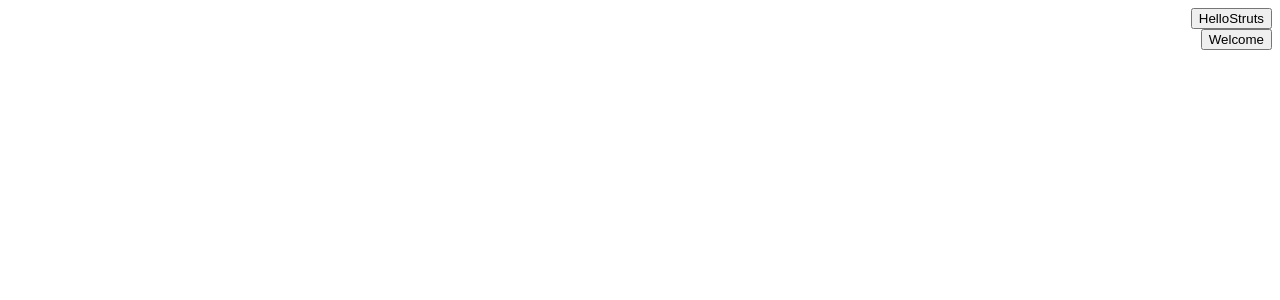
Repository: kf3225/backup
Page: http://localhost/WebProj/
An editor plug-in stored every save of this project. The page is shown before and after the next save, followed by the edit.
The browser window is 1280 px wide. The pictures show the whole page.
The page is served by Tomcat 9. Other server files are loaded and not shown.

Above is the page before, as saved 2018-01-12 07:47:17.

### WebProj/WebContent/index.jsp
<%@ page language="java" contentType="text/html; charset=UTF-8" pageEncoding="UTF-8"%>
<%@ taglib prefix="s" uri="/struts-tags" %>
<!DOCTYPE html>
<html>
	<head>
		<meta charset="utf-8">
		<title>INDEX</title>
	</head>
	<body>
		<form action="HelloStrutsAction">
			<s:submit value="HelloStruts"/>
		</form>

		<form action="WelcomeAction">
			<s:submit value="Welcome"/>
		</form>
	</body>
</html>

After the next save:
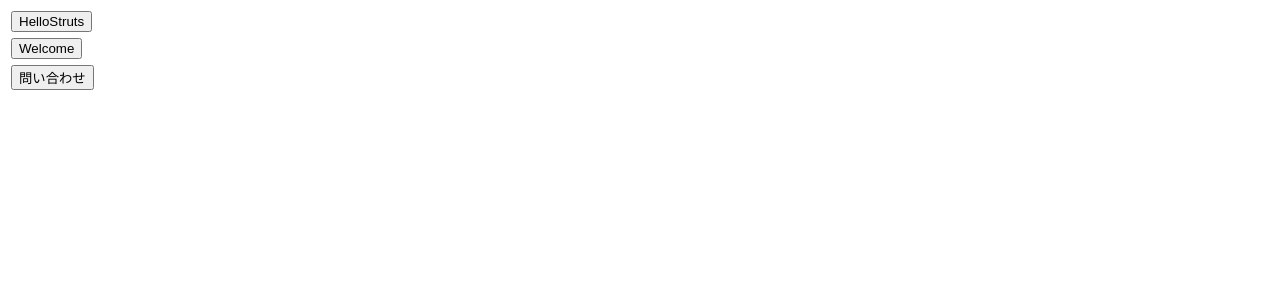
Saved 2 min 35 s later.
--- a/WebProj/WebContent/index.jsp
+++ b/WebProj/WebContent/index.jsp
@@ -7,12 +7,16 @@
 		<title>INDEX</title>
 	</head>
 	<body>
-		<form action="HelloStrutsAction">
+		<s:form action="HelloStrutsAction">
 			<s:submit value="HelloStruts"/>
-		</form>
+		</s:form>
 
-		<form action="WelcomeAction">
+		<s:form action="WelcomeAction">
 			<s:submit value="Welcome"/>
-		</form>
+		</s:form>
+
+		<s:form action="InquiryAction">
+			<s:submit value="問い合わせ"/>
+		</s:form>
 	</body>
 </html>
